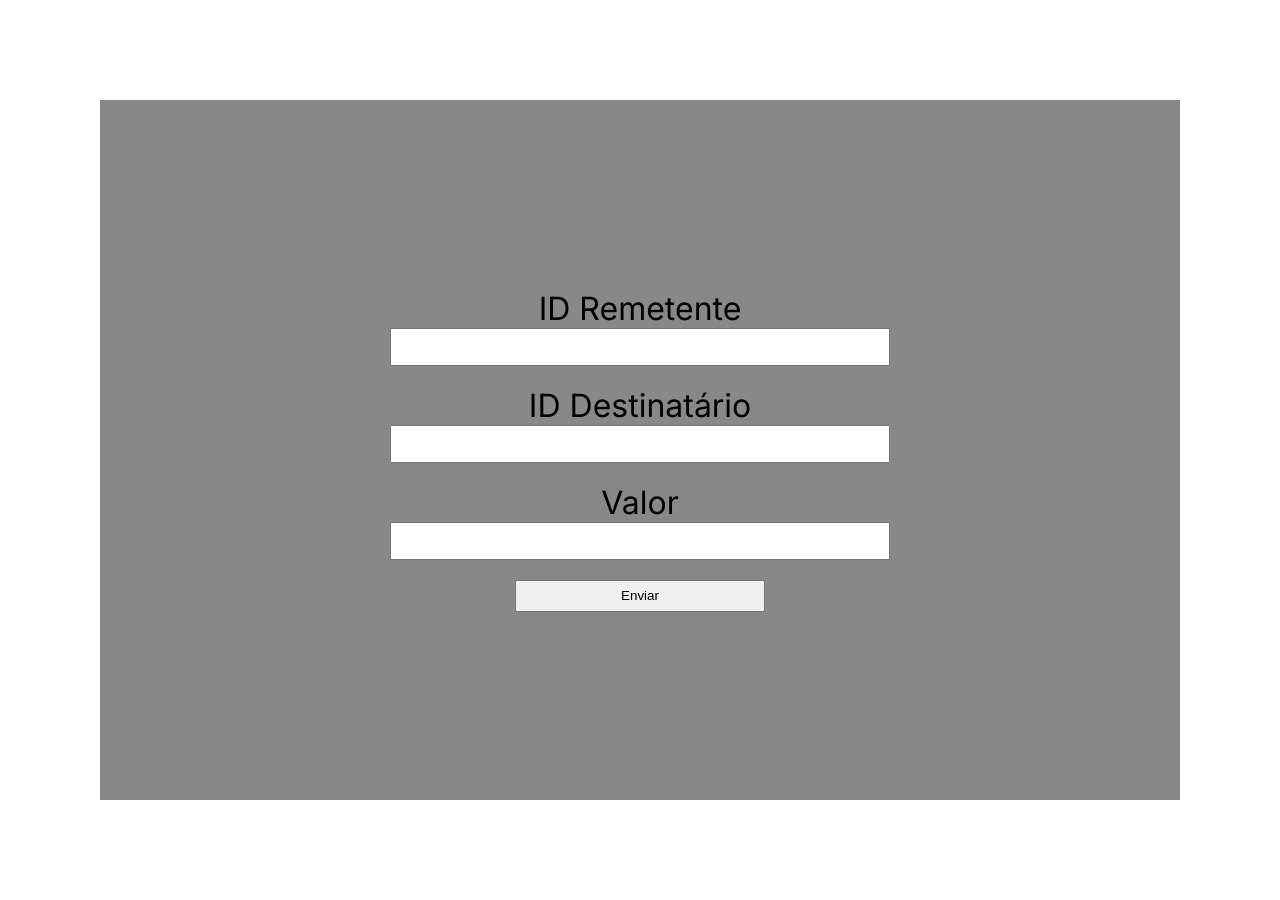
Repository: mateusilva8/tarefa-pix
Page: frontend/pix.html
An editor plug-in stored every save of this project. The page is shown before and after the next save, followed by the edit.
The browser window is 1280 px wide. The pictures show the whole page.

Above is the page before, as saved 2023-10-22 14:11:44.

After the next save:
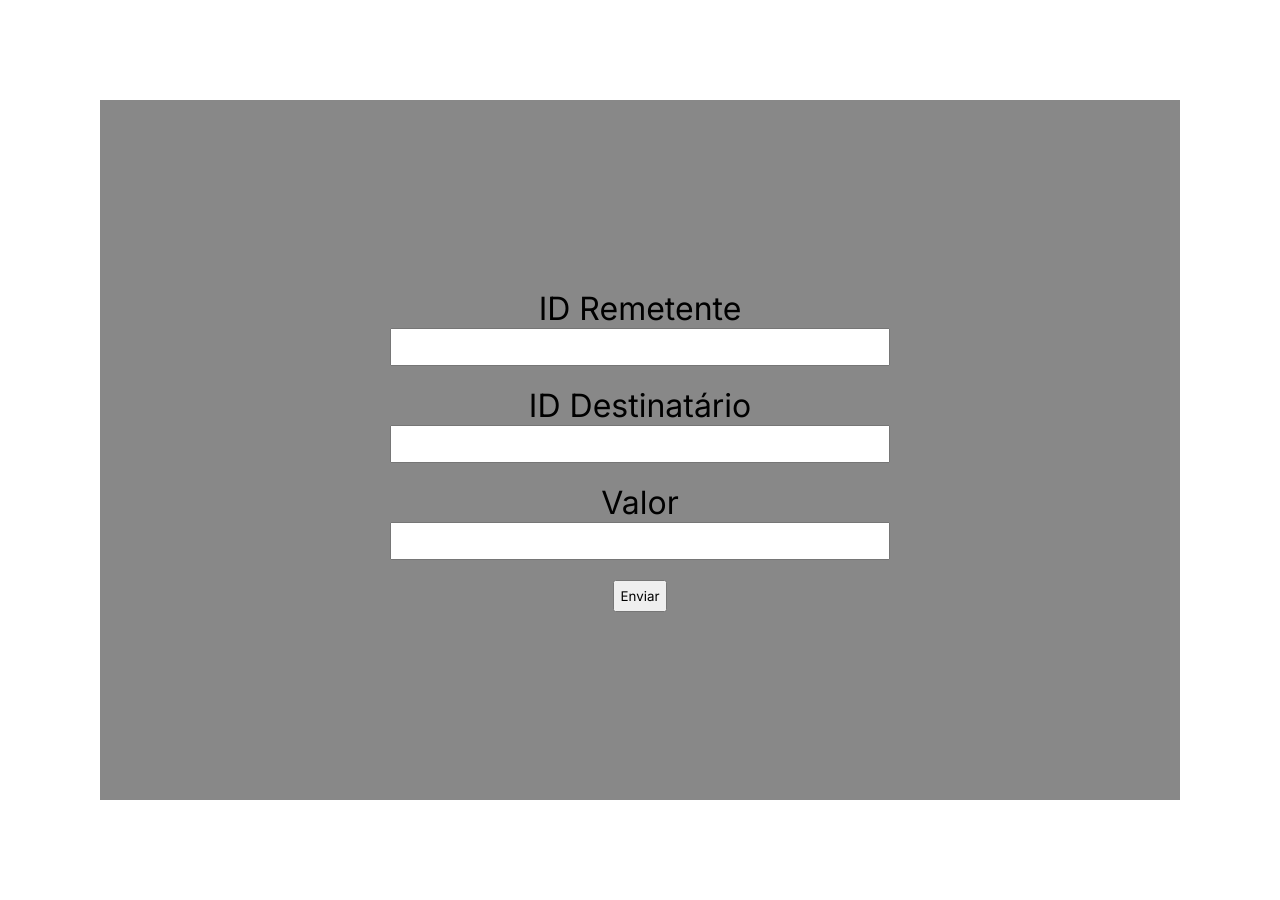
Saved 12 s later.
--- a/frontend/css/pix.css
+++ b/frontend/css/pix.css
@@ -42,6 +42,7 @@ input {
 }
 
 .btn {
-    width: 250px;
+    width: 250  px;
     height: 2rem;
+    font-family: 'Inter';
 }
